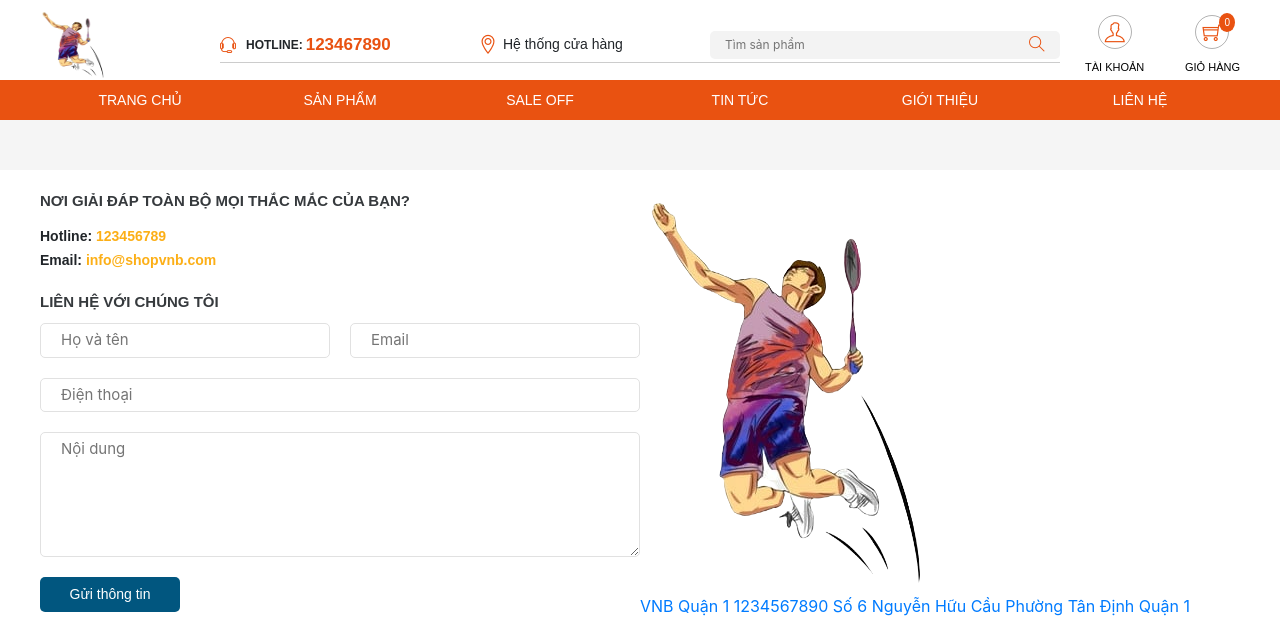
Repository: Namtran3107/CauLongSo1
Page: contact.html
These files come from the project's save history. The page is drawn as it stood at one moment and after the next save; the edit follows.
The browser window is 1280 px wide. The pictures show the part of the page from y = 0 to 632 px (the page is 1386 px tall).
Pictures or frames that could not be fetched are drawn as grey boxes.

Above is the page before, as saved 2022-12-11 13:44:30.

### contact.html
<!DOCTYPE html>
<html lang="en">
<head>
    <meta charset="UTF-8">
    <meta http-equiv="X-UA-Compatible" content="IE=edge">
    <meta name="viewport" content="width=device-width, initial-scale=1.0">
    <link rel="stylesheet" href="./index.css">
    <link rel="stylesheet" href="./product.css">
    <link rel="stylesheet" href="./contact.css">
    <link rel="stylesheet" href="./themify-icons-font/themify-icons/themify-icons.css">
    <link rel="stylesheet" href="https://stackpath.bootstrapcdn.com/bootstrap/4.3.1/css/bootstrap.min.css" integrity="sha384-ggOyR0iXCbMQv3Xipma34MD+dH/1fQ784/j6cY/iJTQUOhcWr7x9JvoRxT2MZw1T" crossorigin="anonymous">
    <title>Cau Long So 1</title>
</head>
<body>
    <div id="body-all-website">
        <div id="body-width-all">
            <div id="header-website-top">
                <div class="header-website">
                    <div class="header-logo-and-account-all">
                        <a href="" class="header-logo-website">
                            <img src="./img/pngtree-badminton-fitness-little-boy-image_1289549.png" alt="" class="header-logo">
                        </a>
                        <div class="header-phone-location-search">
                            <div class="header-phone-location-search-list">
                                <div class="header-phone-number">
                                    <div class="header-logo-number"><div class="ti-headphone-alt"></div></div>
                                    <div class="header-content-phone-number">HOTLINE: </div>
                                    <div class="header-phone-number-item">123467890</div>
                                </div>
                                <div class="header-location-store">
                                    <div class="header-logo-location"><div class="ti-location-pin"></div></div>
                                    <div class="header-content-location">Hệ thống cửa hàng</div>
                                </div>
                                <div class="header-search-product">
                                    <input type="text" name="" id="" class="header-input-search" placeholder="Tìm sản phẩm">
                                    <a href="" class="header-logo-search"><div class="ti-search"></div></a>
                                    <div class="header-input-history-all">
                                        <div class="header-input-history-list">
                                            <div class="header-input-history-content">
                                                <div class="header-input-history-name-content">Tìm kiếm gần đây</div>
                                            </div>
                                            <div class="header-input-history-item">
                                                <a href="" class="input-history-img"><img src="./img/history.PNG" alt=""></a>
                                                <div class="input-history-name-procduc-and-price">
                                                    <a href="" class="input-history-name-procduc"><div>Giày cầu lông trẻ em Kumpoo KH-F07J xanh chính hãng</div></a>
                                                    <div class="input-history-product-price">690.000 ₫</div>
                                                </div>
                                                <a href="" class="input-history-delete"><div class="ti-close"></div></a>
                                            </div>
                                            <div class="header-input-history-item">
                                                <a href="" class="input-history-img"><img src="./img/history.PNG" alt=""></a>
                                                <div class="input-history-name-procduc-and-price">
                                                    <a href="" class="input-history-name-procduc"><div>Giày cầu lông trẻ em Kumpoo KH-F07J xanh chính hãng</div></a>
                                                    <div class="input-history-product-price">690.000 ₫</div>
                                                </div>
                                                <a href="" class="input-history-delete"><div class="ti-close"></div></a>
                                            </div>
                                            <div class="header-input-history-item">
                                                <a href="" class="input-history-img"><img src="./img/history.PNG" alt=""></a>
                                                <div class="input-history-name-procduc-and-price">
                                                    <a href="" class="input-history-name-procduc"><div>Giày cầu lông trẻ em Kumpoo KH-F07J xanh chính hãng</div></a>
                                                    <div class="input-history-product-price">690.000 ₫</div>
                                                </div>
                                                <a href="https://www.facebook.com/" class="input-history-delete"><div class="ti-close"></div></a>
                                            </div>
                                        </div>
                                    </div>
                                </div>
                            </div>
                        </div>
                        <div class="header-account-website">
                            <div class="account-header-list">
                                <div class="account-website">
                                    <div class="logo-account-website">
                                        <div class="ti-user"></div>
                                        <div class="content-account-website content-account-website-color">TÀI KHOẢN</div>
                                        <div class="account-login-and-register">
                                            <a href="" class="account-login-register-list">
                                                <div class="account-login-register-logo"><div class="ti-share"></div></div>
                                                <div class="ccount-login-register-content">Đăng nhập</div>
                                            </a>
                                            <a href="" class="account-login-register-list">
                                                <div class="account-login-register-logo"><div class="ti-share-alt"></div></div>
                                                <div class="ccount-login-register-content">Đăng ký</div>
                                            </a>
                                        </div>
                                    </div>
                                    <div class="cart-website-header">
                                        <a href="" class="cart-website">
                                            <div class="ti-shopping-cart"></div>
                                            <div class="content-cart-website content-account-website-color">GIỎ HÀNG</div>
                                        </a>
                                        <div class="cart-list">
                                            <div class="cart-list-son">
                                                <div class="cart-list-logo"><div class="ti-bag"></div></div>
                                                <span class="cart-list-text">Không có sản phẩm nào trong giỏ hàng của bạn</span>
                                            </div>
                                        </div>
                                    </div>
                                </div>
                            </div>
                        </div>
                    </div>
                    <div class="header-menu-website">
                        <ul class="menu-website-list">
                            <li><a href="./index.html" class="menu-website-item">TRANG CHỦ</a></li>
                            <li><a href="./product.css" class="menu-website-item">SẢN PHẨM</a></li>
                            <li><a href="./saleoff.html" class="menu-website-item">SALE OFF</a></li>
                            <li><a href="./news.html" class="menu-website-item">TIN TỨC</a></li>
                            <li><a href="./recomend.html" class="menu-website-item">GIỚI THIỆU</a></li>
                            <li><a href="" class="menu-website-item">LIÊN HỆ</a></li>
                        </ul>
                    </div>
                    <div class="header-menu-website-bottom-background"></div>
                </div>
            </div>
            <div id="body-contact-all">
                <div class="body-contact-list">
                    <div class="body-contact-item">
                        <div class="body-input-contact">
                            <div class="header-content-contact">NƠI GIẢI ĐÁP TOÀN BỘ MỌI THẮC MẮC CỦA BẠN?</div>
                            <div class="contact-phone-and-email">
                                <span class="contact-phone-email-text">Hotline: </span>
                                <a href="" class="contact-phone-email-link">123456789</a>
                            </div>
                            <div class="contact-phone-and-email contact-phone-and-email-margin">
                                <span class="contact-phone-email-text">Email: </span>
                                <a href="" class="contact-phone-email-link">info@shopvnb.com</a>
                            </div>
                            <div class="header-content-contact">LIÊN HỆ VỚI CHÚNG TÔI</div>
                            <div class="contact-input-all">
                                <div class="contact-input-name-and-email-all">
                                    <input type="text" class="contact-input-name-and-email" placeholder="Họ và tên">
                                    <input type="email" class="contact-input-name-and-email" placeholder="Email">
                                </div>
                                <input type="number" class="contact-input-number" placeholder="Điện thoại">
                                <textarea name="" id="" cols="100%" rows="5" placeholder="Nội dung" class="contact-input-text"></textarea>
                                <input type="button" class="contact-submit" value="Gửi thông tin">
                            </div>
                        </div>
                        <iframe src="https://www.google.com/maps/embed?pb=!1m18!1m12!1m3!1d3919.6051333772075!2d106.67120151474893!3d10.764884492329365!2m3!1f0!2f0!3f0!3m2!1i1024!2i768!4f13.1!3m3!1m2!1s0x31752ee10a99ee19%3A0xa24c4b785ce479b!2zMzMgVsSpbmggVmnhu4VuLCBQaMaw4budbmcgMiwgUXXhuq1uIDEwLCBUaMOgbmggcGjhu5EgSOG7kyBDaMOtIE1pbmgsIFZp4buHdCBOYW0!5e0!3m2!1svi!2s!4v1670655323441!5m2!1svi!2s" width="100%" height="350" style="border:0;" allowfullscreen="" loading="lazy" referrerpolicy="no-referrer-when-downgrade"></iframe>
                    </div>
                    <div class="body-contact-item">
                        <div class="contact-location-tiem">
                            <a href="" class="contact-logo">
                                <img src="./img/pngtree-badminton-fitness-little-boy-image_1289549.png" alt="" class="contact-logo-img">
                            </a>
                            <ul class="contact-location-list">
                                <li class="contact-location-item">
                                    <a href="" class="contact-location-name">VNB Quận 1</a>
                                    <a href="tel:123-456-7890" class="contact-location-number">1234567890</a>
                                    <a href="" class="contact-location-where">Số 6 Nguyễn Hữu Cầu Phường Tân Định Quận 1</a>
                                </li>
                            </ul>
                        </div>
                    </div>
                </div>
            </div>

            <div id="footer-website-bottom">
                <div id="footer-website-all">
                    <div class="footer-website-list">
                        <div class="footer-website-item">
                            <div class="footer-website-item-header">THÔNG TIN CHUNG</div>
                            <div class="footer-website-item-text">
                                <div class="footer-item-text-son">
                                    <span class="footer-website-item-bold-first">VNB Sports </span>
                                    <span class="footer-website-item-last">là hệ thống cửa hàng cầu lông với hơn 50 chi nhánh trên toàn quốc, cung cấp sỉ và lẻ các mặt hàng dụng cụ cầu lông từ phong trào tới chuyên nghiệp</span>
                                </div>
                                <div class="footer-item-text-son">
                                    <span class="footer-website-item-bold-first">Với sứ mệnh: </span>
                                    <span class="footer-website-item-last">"VNB cam kết mang đến những sản phẩm, dịch vụ chất lượng tốt nhất phục vụ cho người chơi thể thao để nâng cao sức khỏe của chính mình."</span>
                                </div>
                                <div class="footer-item-text-son">
                                    <span class="footer-website-item-bold-first">Tầm nhìn: </span>
                                    <span class="footer-website-item-last">"Trở thành nhà phân phối và sản xuất thể thao lớn nhất Việt Nam"</span>
                                </div>
                            </div>
                        </div>
                        <div class="footer-website-item">
                            <div class="footer-website-item-header">THÔNG TIN LIÊN HỆ</div>
                            <div class="footer-website-item-text">
                                <div class="footer-website-item-contact">
                                    <span class="footer-website-item-contact-bold">Hệ thống cửa hàng: </span>
                                    <a href="" class="footer-website-item-contact-color">53 cửa hàng </a>
                                    <span class="footer-website-item-contact-text">trên toàn quốc</span>
                                </div>
                                <div class="footer-website-item-contact">
                                    <a href="" class="footer-website-item-location">Xem tất cả các cửa hàng VNB</a>
                                </div>
                                <div class="footer-website-item-contact">
                                    <span class="footer-website-item-contact-bold">Hotline: </span>
                                    <span class="footer-website-item-contact-color">123456789</span>
                                </div>
                                <div class="footer-website-item-contact">
                                    <span class="footer-website-item-contact-bold">Email: </span>
                                    <span class="footer-website-item-contact-color">info@gmail.com</span>
                                </div>
                                <div class="footer-website-item-contact">
                                    <span class="footer-website-item-contact-bold">Hợp tác kinh doanh: </span>
                                    <span class="footer-website-item-contact-color">123456789 (Mr. Nam)</span>
                                </div>
                                <div class="footer-website-item-contact">
                                    <span class="footer-website-item-contact-bold">Than phiền dịch vụ: </span>
                                    <span class="footer-website-item-contact-color">123456789 (Mr. Nam)</span>
                                </div>
                                <div class="footer-website-item-contact">
                                    <a href="" class="footer-website-item-contact-icon"><div class="ti-facebook"></div></a>
                                    <a href="" class="footer-website-item-contact-icon"><div class="ti-youtube"></div></a>
                                </div>
                            </div>
                        </div>
                        <div class="footer-website-item">
                            <div class="footer-website-item-header">CHÍNH SÁCH</div>
                            <ul class="footer-website-item-text">
                                <li class="footer-website-item-text-li">
                                    <a href="" class="footer-website-item-text-a">Chính sách đổi trả, hoàn tiền</a>
                                </li>
                                <li class="footer-website-item-text-li">
                                    <a href="" class="footer-website-item-text-a">Chính sách bảo hành</a>
                                </li>
                                <li class="footer-website-item-text-li">
                                    <a href="" class="footer-website-item-text-a">Chính sách xử lý khiếu nại</a>
                                </li>
                                <li class="footer-website-item-text-li">
                                    <a href="" class="footer-website-item-text-a">Chính sách vận chuyển</a>
                                </li>
                                <li class="footer-website-item-text-li">
                                    <a href="" class="footer-website-item-text-a">Điều khoản sử dụng</a>
                                </li>
                                <li class="footer-website-item-text-li">
                                    <a href="" class="footer-website-item-text-a">Chính Sách Bảo Mật Thông Tin</a>
                                </li>
                                <li class="footer-website-item-text-li">
                                    <a href="" class="footer-website-item-text-a">Chính sách nhượng quyền</a>
                                </li>
                            </ul>
                        </div>
                        <div class="footer-website-item">
                            <div class="footer-website-item-header">HƯỚNG DẪN</div>
                            <ul class="footer-website-item-text">
                                <li class="footer-website-item-text-li">
                                    <a href="" class="footer-website-item-text-a">Hướng dẫn cách chọn vợt cầu lông cho người mới chơi</a>
                                </li>
                                <li class="footer-website-item-text-li">
                                    <a href="" class="footer-website-item-text-a">Hướng dẫn thanh toán</a>
                                </li>
                                <li class="footer-website-item-text-li">
                                    <a href="" class="footer-website-item-text-a">Kiểm tra bảo hành</a>
                                </li>
                                <li class="footer-website-item-text-li">
                                    <a href="" class="footer-website-item-text-a">Kiểm tra đơn hàng</a>
                                </li>
                                <li class="footer-website-item-text-li">
                                    <a href="" class="footer-website-item-text-a">HƯỠNG DẪN MUA HÀNG</a>
                                </li>
                            </ul>
                        </div>
                    </div>
                </div>
            </div>
        </div>
    </div>
    <script src="https://code.jquery.com/jquery-3.3.1.slim.min.js" integrity="sha384-q8i/X+965DzO0rT7abK41JStQIAqVgRVzpbzo5smXKp4YfRvH+8abtTE1Pi6jizo" crossorigin="anonymous"></script>
    <script src="https://cdnjs.cloudflare.com/ajax/libs/popper.js/1.14.7/umd/popper.min.js" integrity="sha384-UO2eT0CpHqdSJQ6hJty5KVphtPhzWj9WO1clHTMGa3JDZwrnQq4sF86dIHNDz0W1" crossorigin="anonymous"></script>
    <script src="https://stackpath.bootstrapcdn.com/bootstrap/4.3.1/js/bootstrap.min.js" integrity="sha384-JjSmVgyd0p3pXB1rRibZUAYoIIy6OrQ6VrjIEaFf/nJGzIxFDsf4x0xIM+B07jRM" crossorigin="anonymous"></script>
</body>
</html>

### contact.css
.body-contact-list{
    width: 1200px;
    margin: 0 auto;
    margin-top: 20px;
    display: flex;
}
.body-contact-item{
    width: 50%;
}
.contact-input-all{
    display: flex;
    flex-direction: column;
}
.header-content-contact{
    font-size: 15px;
    font-family: sans-serif;
    font-weight: 600;
    opacity: 0.9;
}
.contact-phone-email-text{
    font-size: 14px;
    font-family: sans-serif;
    font-weight: 600;
}
.contact-phone-email-link{
    font-size: 14px;
    font-family: sans-serif;
    color: #fcaf17;
    font-weight: 600;
}
.contact-phone-and-email-margin{
    margin-bottom: 20px;
}
.header-content-contact{
    margin-bottom: 10px;
}
.contact-input-name-and-email{
    width: calc(calc(100% / 2) - 10px);
    padding: 5px 20px;
    outline: none;
    font-size: 15px;
    border-radius: 5px;
    border: 1px solid #e1e1e1;
}
.contact-input-number, .contact-input-text{
    padding: 5px 20px;
    outline: none;
    font-size: 15px;
    border-radius: 5px;
    border: 1px solid #e1e1e1;
    margin-bottom: 20px;
}
.contact-input-name-and-email-all{
    display: flex;
    justify-content: space-between;
    margin-bottom: 20px;
}
.contact-submit{
    width: 140px;
    height: 35px;
    font-size: 14px;
    font-family: sans-serif;
    color: white;
    background-color: #01567f;
    border: 0px;
    border-radius: 5px
}
.body-input-contact{
    margin-bottom: 20px;
}

Loaded but not shown: themify-icons-font/themify-icons/themify-icons.css (common file); index.css (806 lines, source omitted); product.css (304 lines, source omitted)

After the next save:
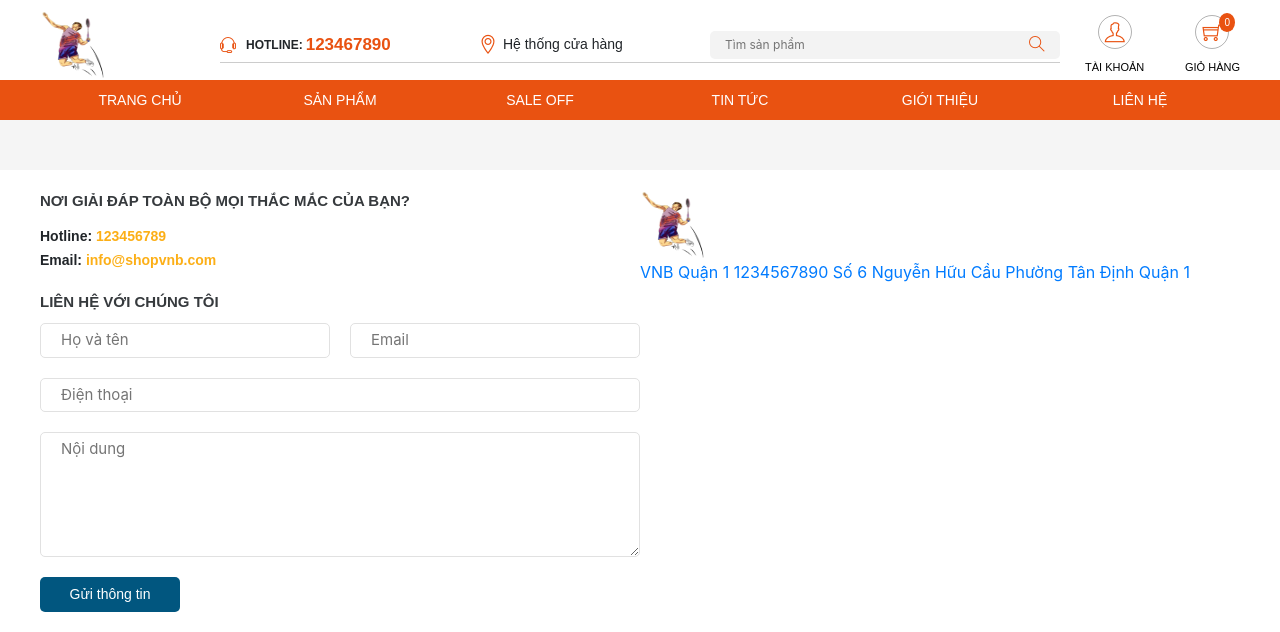
Saved 26 s later.
--- a/contact.css
+++ b/contact.css
@@ -68,3 +68,7 @@
 .body-input-contact{
     margin-bottom: 20px;
 }
+.contact-logo-img{
+    width: 70px;
+    height: 70px;
+}
